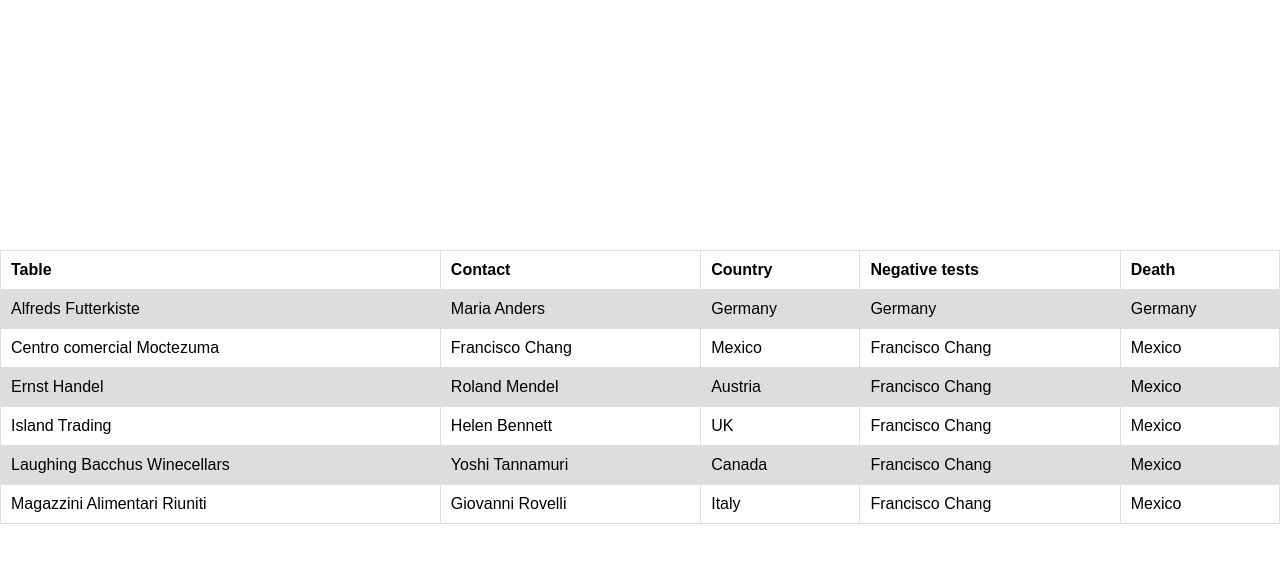
Repository: Seryozha02/ApiRequests
Page: index.html
The author's editor kept a copy of each file at every save. The page is drawn from the files as they stood at one save, then again after the next save.
The browser window is 1280 px wide. The pictures show the whole page.

Above is the page before, as saved 2022-09-22 21:20:26.

After the next save:
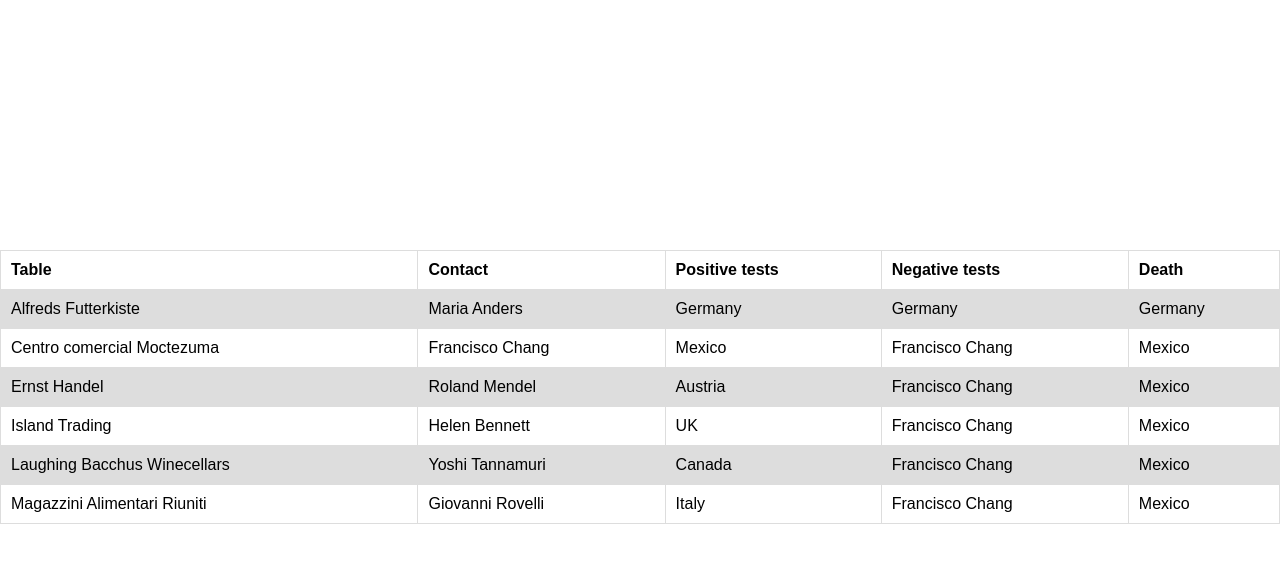
Saved 6 s later.
--- a/index.html
+++ b/index.html
@@ -12,7 +12,7 @@
         <tr>
           <th>Table</th>
           <th>Contact</th>
-          <th>Country</th>
+          <th>Positive tests</th>
           <th>Negative tests</th>
           <th>Death</th>
         </tr>
